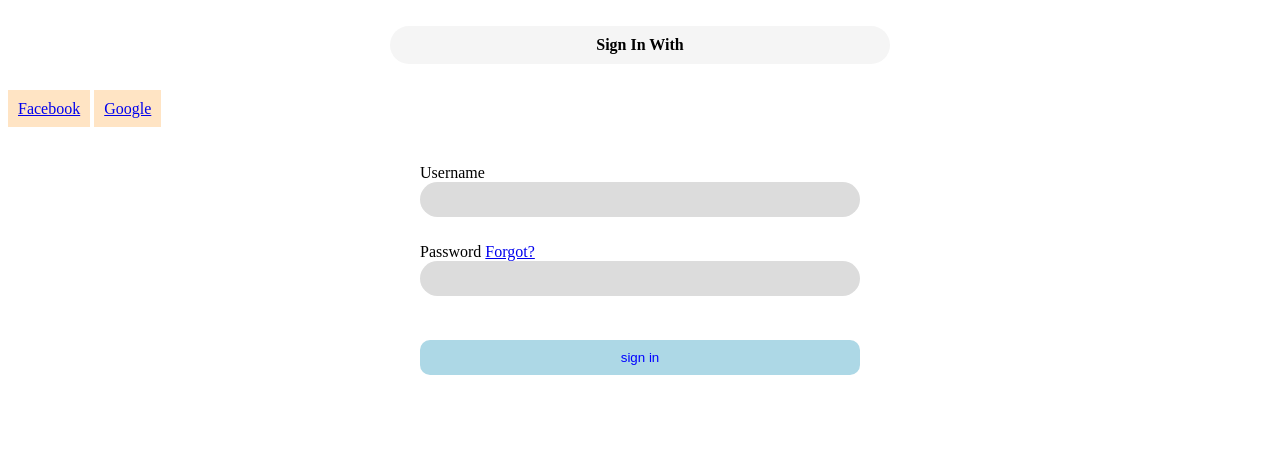
Repository: Tobby004/bdc-assignment-2
Page: index.html
These files come from the project's save history. The page is drawn as it stood at one moment and after the next save; the edit follows.
The browser window is 1280 px wide. The pictures show the whole page.

Above is the page before, as saved 2023-02-11 07:21:01.

After the next save:
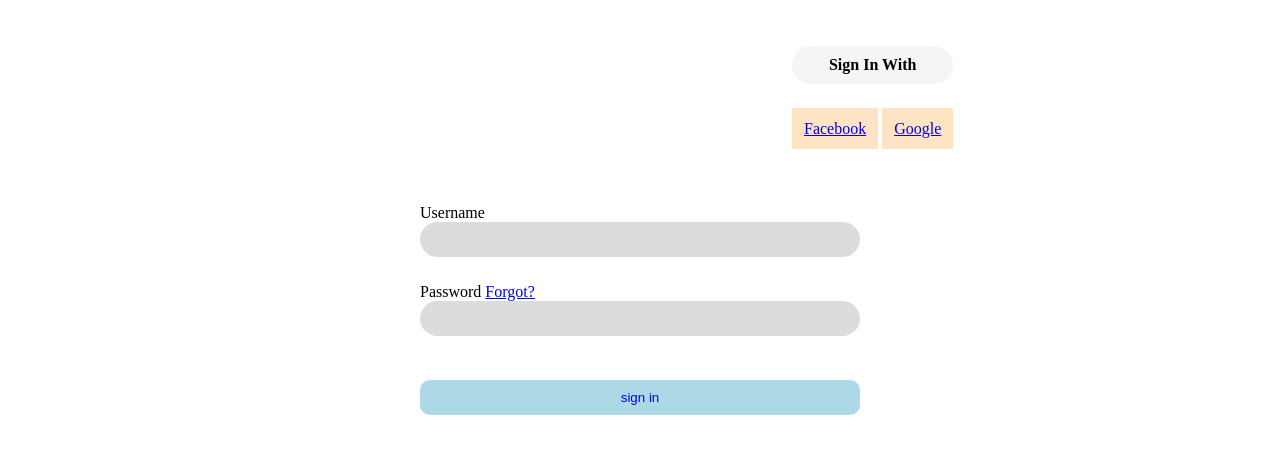
Saved 3 min 1 s later.
--- a/task.css
+++ b/task.css
@@ -1,5 +1,12 @@
 *{
     box-sizing:border-box;
+}
+header{
+    display: flex;
+    padding: 20px;
+    max-width: 500px;
+    margin-left: auto;
+    justify-content: space-between;
 }
 header b {
     background-color:whitesmoke ;
@@ -13,12 +20,9 @@ header b {
 }
 header a {
     display: flexbox;
-    padding: 10px;
+    padding: 12px;
     background-color: bisque;
     width: 100%;
-    justify-content: right;
-    margin-left: auto;
-    margin-right: auto;
     max-width: 100px;
 }
 .form-input{
